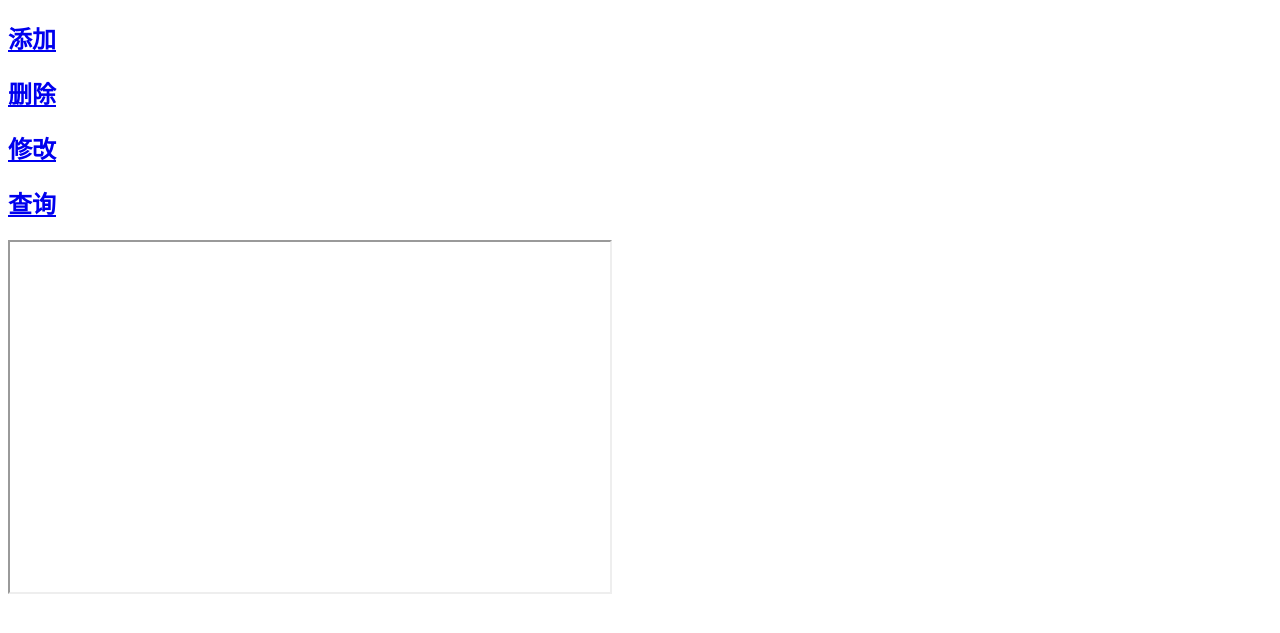
Repository: Matty-GCU/MyEclipse
Page: Java_Web_Learning/WebRoot/chapter06_JSP&JDBC/homework/stu_info_mng_sys.html
An editor plug-in stored every save of this project. The page is shown before and after the next save, followed by the edit.
The browser window is 1280 px wide. The pictures show the whole page.

Above is the page before, as saved 2021-10-16 17:21:48.

### Java_Web_Learning/WebRoot/chapter06_JSP&JDBC/homework/stu_info_mng_sys.html
<!DOCTYPE html>
<html>
	<head>
		<meta charset="UTF-8">
		<title>20211014(ddl)Java Web作业（第6章）</title>
		<!--
			还有其他实现方法。
			1）比如，用js，这就很灵活了，根据点击内容的不同，进行相应的判定，进入不同的页面（比如添加页面和修改页面是不一样，修改要填两次/两份信息），
			但是老师在这章估计不想让我们用js。
			2）还有就是不用表单（一开始的尝试），直接用超链接<a href和浮动框架<iframe，也可以对增删改查四种操作进行对应的处理。
		-->
	</head>
	<body>
		<h2><a href="insertPage.html" target="frame">添加</a></h2>
		<h2><a href="deletePage.html" target="frame">删除</a></h2>
		<h2><a href="updatePage.html" target="frame">修改</a></h2>
		<h2><a href="selectPage.html" target="frame">查询</a></h2>
		<iframe name="frame" width=600px height=350px></iframe>
	</body>
</html>

After the next save:
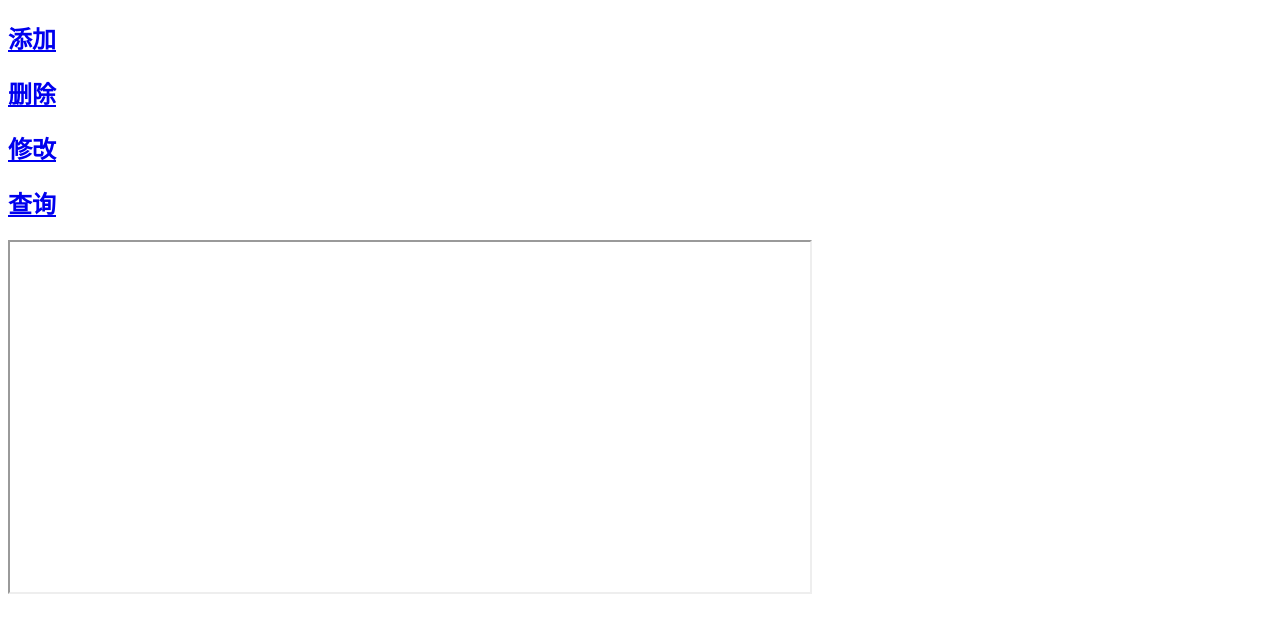
Saved 30 s later.
--- a/Java_Web_Learning/WebRoot/chapter06_JSP&JDBC/homework/stu_info_mng_sys.html
+++ b/Java_Web_Learning/WebRoot/chapter06_JSP&JDBC/homework/stu_info_mng_sys.html
@@ -15,6 +15,6 @@
 		<h2><a href="deletePage.html" target="frame">删除</a></h2>
 		<h2><a href="updatePage.html" target="frame">修改</a></h2>
 		<h2><a href="selectPage.html" target="frame">查询</a></h2>
-		<iframe name="frame" width=600px height=350px></iframe>
+		<iframe name="frame" width=800px height=350px></iframe>
 	</body>
 </html>
